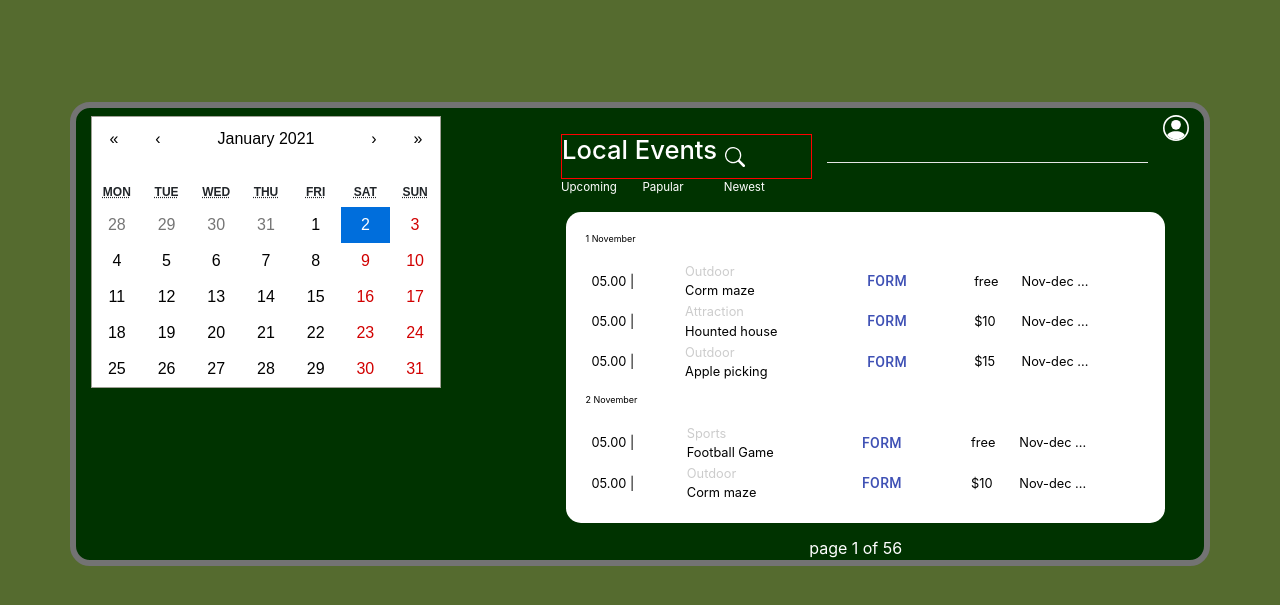
Repository: lalji-yadav/Calendar-code
Page: /
These files come from the project's save history. The page is drawn as it stood at one moment and after the next save; the edit follows.
The browser window is 1280 px wide. The pictures show the whole page.
The project was rebuilt for these pictures with package versions that can differ from the ones it lists, and the page was loaded fresh each time. Also part of the build but not shown: src/App.css.

Above is the page before, as saved 2021-01-04 13:43:56.

### src/App.js
import logo from './logo.svg';
import './App.css';
import MyApp from './calendar/calendar'
import Home from "./calendar/Home";

function App() {
  return (
    <div>
      <header>

        <Home />

      </header>
    </div>
  );
}

export default App;

### src/calendar/calendar.js
import React, { useState } from 'react';
import 'react-calendar/dist/Calendar.css';
import Calendar from 'react-calendar';

function MyApp() {
  const [value, onChange] = useState(new Date());

  return (
    <div>
      <Calendar
        onChange={onChange}
        value={value}
      />
    </div>
  );
}

export default MyApp;

### src/calendar/Home.js
import React from 'react';
import "./Home.css";
import MyApp from "./calendar";
import Button from '@material-ui/core/Button';

function Home() {

  return (
    <div className="main">
      <div className='container'>
        <div className="row">
          <div className="col-sm-5 calendar">
             <MyApp />
          </div>
          <div className="col-sm-7">

            <div style={{float:"right", paddingTop:"1%"}}>
            <svg xmlns="http://www.w3.org/2000/svg" width="26" height="26" fill="white" class="bi bi-person-circle" viewBox="0 0 16 16">
            <path d="M13.468 12.37C12.758 11.226 11.195 10 8 10s-4.757 1.225-5.468 2.37A6.987 6.987 0 0 0 8 15a6.987 6.987 0 0 0 5.468-2.63z"/>
             <path fill-rule="evenodd" d="M8 9a3 3 0 1 0 0-6 3 3 0 0 0 0 6z"/>
             <path fill-rule="evenodd" d="M8 1a7 7 0 1 0 0 14A7 7 0 0 0 8 1zM0 8a8 8 0 1 1 16 0A8 8 0 0 1 0 8z"/>
            </svg>
            </div>

            <div className="row" style={{paddingTop:"4%"}}>
               <div className="col-sm-5" style={{border:"1px solid red"}}>
                 <div className="row">
                 <h1 style={{color:"white", fontSize:"2vw"}}>Local Events </h1>
               <svg  style={{margin:"5% 0% 0% 3%"}} xmlns="http://www.w3.org/2000/svg" width="20" height="20" fill="white" class="bi bi-search" viewBox="0 0 16 16">
               <path d="M11.742 10.344a6.5 6.5 0 1 0-1.397 1.398h-.001c.03.04.062.078.098.115l3.85 3.85a1 1 0 0 0 1.415-1.414l-3.85-3.85a1.007 1.007 0 0 0-.115-.1zM12 6.5a5.5 5.5 0 1 1-11 0 5.5 5.5 0 0 1 11 0z"/>
               </svg>
                 </div>
               </div>
               <div className="col-sm-7" style={{paddingTop:"3%"}}>
               <hr style={{marginTop:"10px"}} />

               </div>

            </div>

            <div className="row">
          <div className="col-sm-5 row" style={{color:"white", fontSize:"0.9vw"}}>
            <div className="col-sm-4">
             <p>Upcoming</p>
            </div>
            <div className="col-sm-4">
              <p>Papular</p>
            </div>
            <div className="col-sm-4">
              <p>Newest</p>
            </div>

             {/* Carosal design  */}
          </div>

          <div className="tablebox">

            <p style={{fontSize:"0.7vw"}}> 1 November </p>
                <table  style={{width:"100%", fontSize:"1vw"}}>

                    <tbody>
                      <tr>
                        <td style={{padding:"6px"}}>05.00 |</td>
                        <td><span style={{color:"#cccccc"}}>Outdoor</span> <br/> Corm maze</td>
                        <td><Button color="primary">Form</Button></td>
                        <td>free</td>
                        <td>Nov-dec ...</td>
                      </tr>
                      <tr>
                        <td style={{padding:"6px"}}>05.00 |</td>
                        <td><span style={{color:"#cccccc"}}>Attraction</span> <br/>Hounted house</td>
                        <td><Button color="primary">Form</Button></td>
                        <td>$10</td>
                        <td>Nov-dec ...</td>
                      </tr>
                      <tr>
                        <td style={{padding:"6px"}}>05.00 |</td>
                        <td><span style={{color:"#cccccc"}}>Outdoor</span> <br /> Apple picking</td>
                        <td><Button color="primary">Form</Button></td>
                        <td>$15</td>
                        <td>Nov-dec ...</td>
                      </tr>
                    </tbody>
                  </table>

                  <p style={{paddingTop:"2%", fontSize:"0.7vw"}}> 2 November </p>
                  <table  style={{width:"100%", fontSize:"1vw"}}>

                    <tbody>
                      <tr>
                        <td style={{padding:"6px"}}>05.00 |</td>
                        <td> <span style={{color:"#cccccc"}}>Sports</span> <br/> Football Game</td>
                        <td><Button color="primary">Form</Button></td>
                        <td>free</td>
                        <td>Nov-dec ...</td>
                      </tr>
                      <tr>
                        <td style={{padding:"6px"}}>05.00 |</td>
                        <td><span style={{color:"#cccccc"}}>Outdoor</span> <br/> Corm maze</td>
                        <td><Button color="primary">Form</Button></td>
                        <td>$10</td>
                        <td>Nov-dec ...</td>
                      </tr>

                    </tbody>
                  </table>
             </div>

             <p style={{margin:"2% 0% 0% 40%", color:"white"}}> page 1 of 56 </p>

        </div>

          </div>

        </div>

      </div>

    </div>
  );
}
export default Home;

### src/calendar/Home.css
.main {
    width: 100%;
    height: 100%;
    position: absolute;
    /* padding: 10% 5% 10% 5%; */
    background-color: darkolivegreen;
}
.container {
    width: 80%;
    /* height: 70%; */
    margin: 8% 10% 8% 10%;
    background-color: #003300;
    border: 6px solid #737373;
    border-radius: 20px;
}
.calendar {
    /* border: 2px solid red; */
    margin-top: 8px;
}
hr {
    color: white;
    width: 100%;
    margin-top: 5em;
    background-color: white;
}
.tablebox {
    margin: 0% 0% 0% 3%;
    padding: 3%;
    width: 91%;
    border-radius: 15px;
    color: black;
    background-color: white;
}

Loaded but not shown: public/index.html (common file); src/index.js (common file); src/index.css (common file); src/reportWebVitals.js (common file)

After the next save:
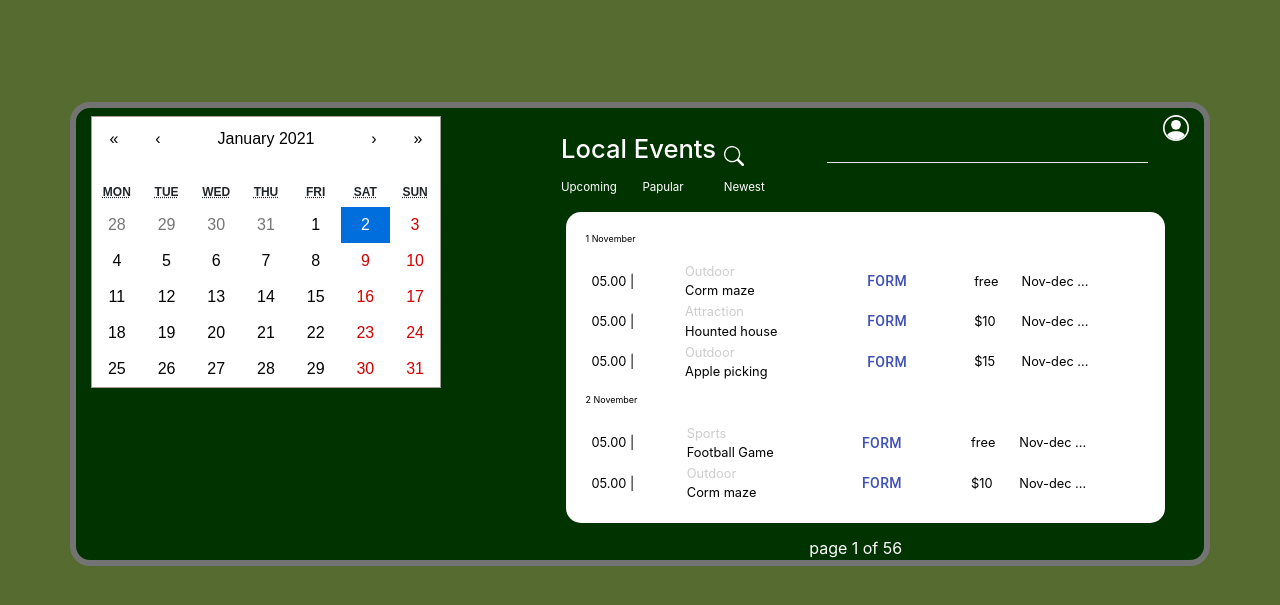
Saved 14 s later.
--- a/src/calendar/Home.js
+++ b/src/calendar/Home.js
@@ -23,7 +23,7 @@ function Home() {
             </div>
 
             <div className="row" style={{paddingTop:"4%"}}>
-               <div className="col-sm-5" style={{border:"1px solid red"}}>
+               <div className="col-sm-5">
                  <div className="row">
                  <h1 style={{color:"white", fontSize:"2vw"}}>Local Events </h1>
                <svg  style={{margin:"5% 0% 0% 3%"}} xmlns="http://www.w3.org/2000/svg" width="20" height="20" fill="white" class="bi bi-search" viewBox="0 0 16 16">
